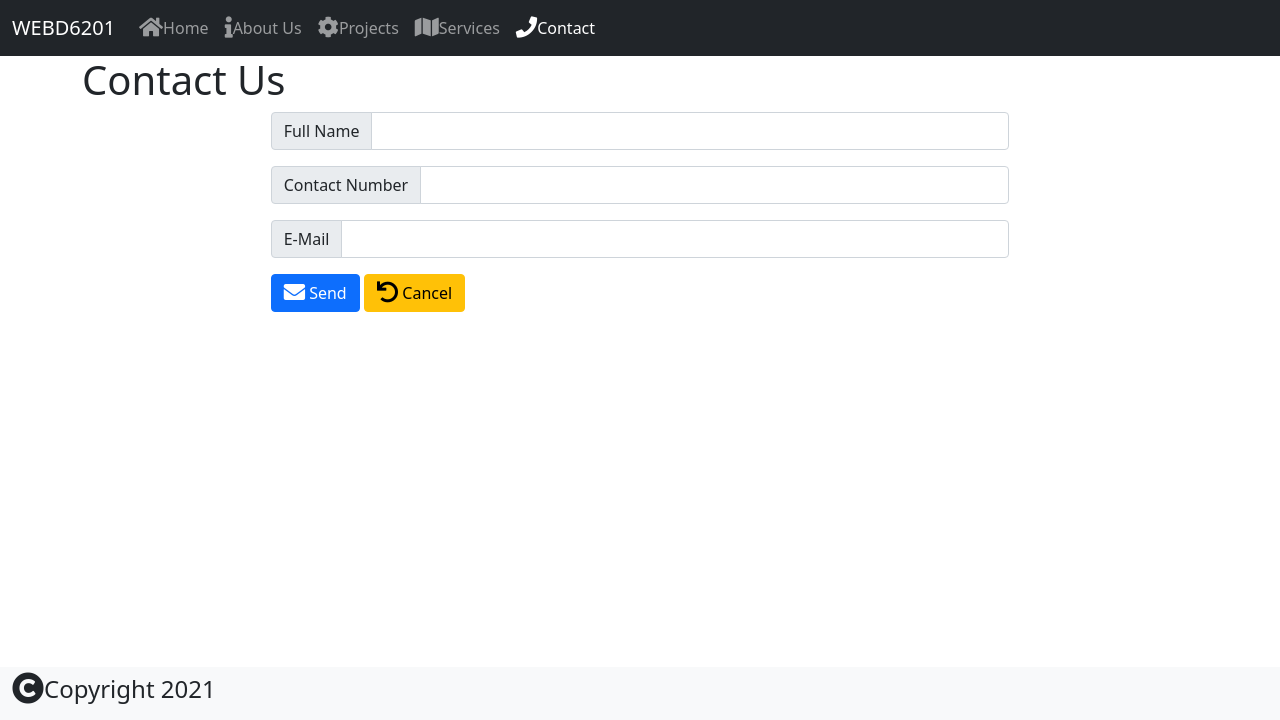
Repository: deividwsantoss/webd6201-W2021-ICE1
Page: contact.html
An editor plug-in stored every save of this project. The page is shown before and after the next save, followed by the edit.
The browser window is 1280 px wide. The pictures show the whole page.

Above is the page before, as saved 2021-02-02 13:33:02.

After the next save:
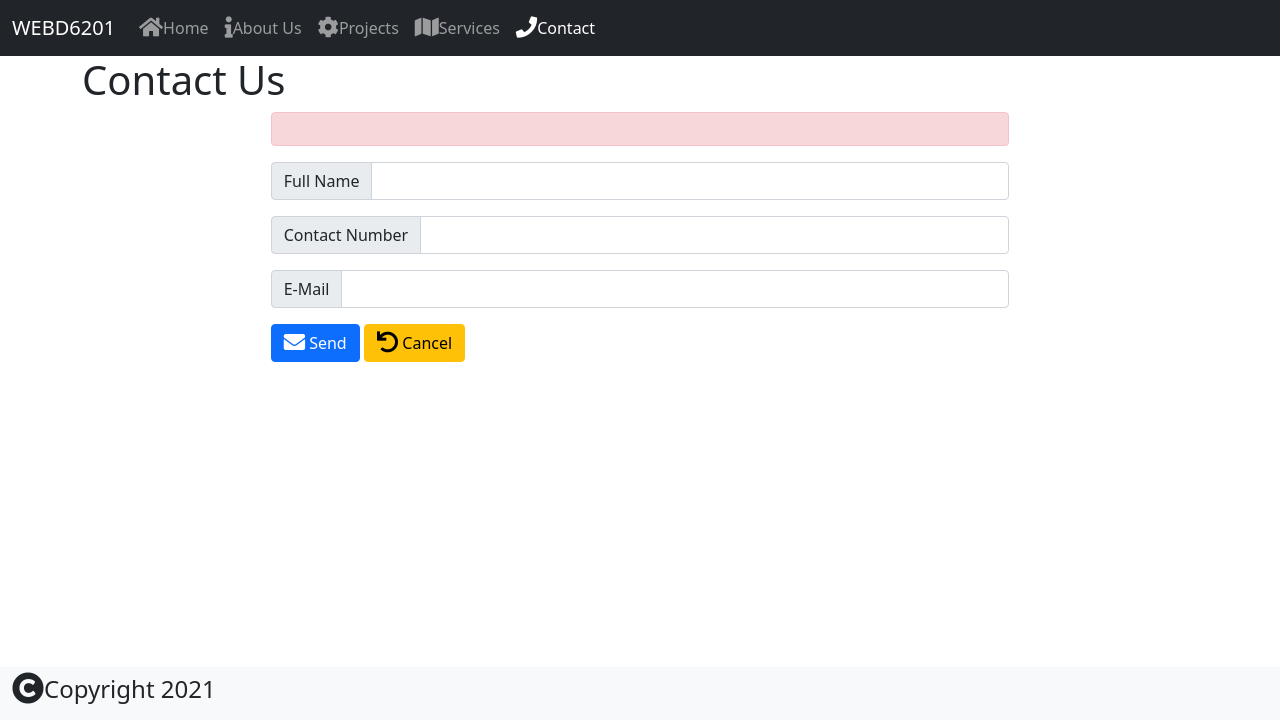
Saved 39 s later.
--- a/contact.html
+++ b/contact.html
@@ -54,7 +54,7 @@
 
         <div class="row justify-content-lg-center g-3" >
         <form class="col-lg-8 col-md-8 col-sm-10">
-
+          <div id="messageArea" class="alert alert-danger" role="alert"></div>
 
           <div class="input-group mb-3">
             <span class="input-group-text" id="inputGroup-sizing-default">Full Name</span>

After the save that followed:
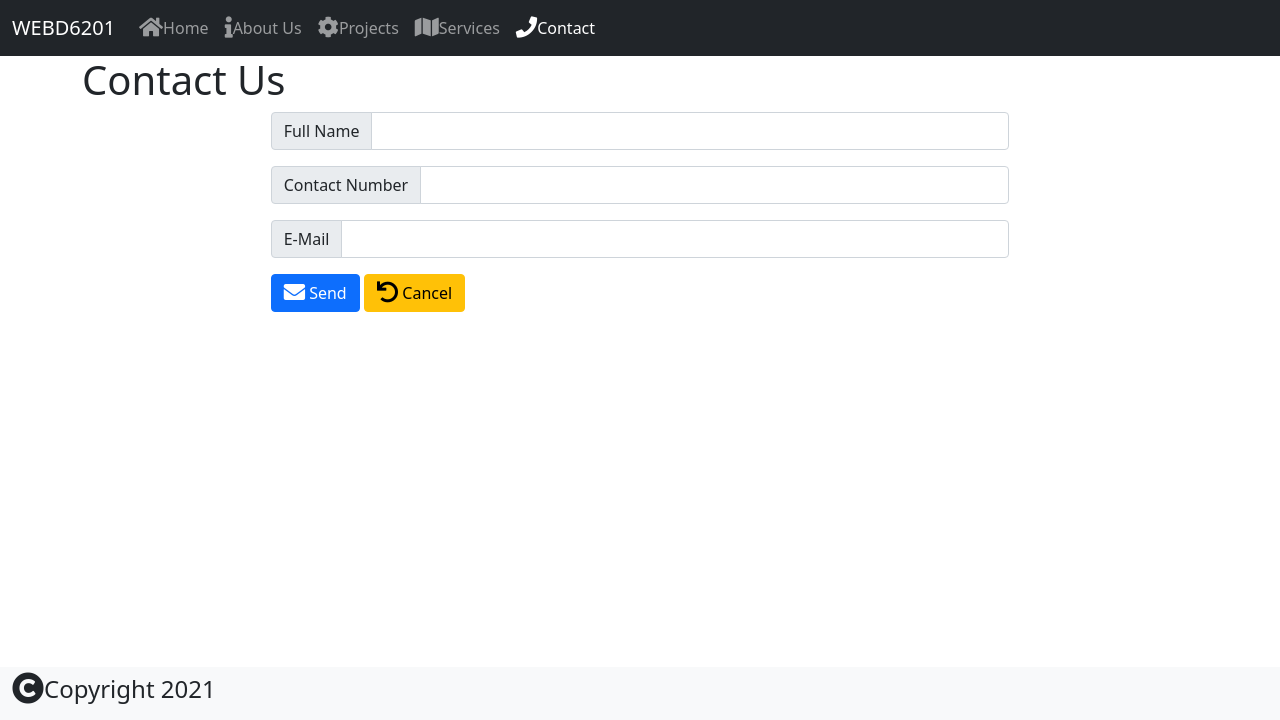
Saved 33 s later.
--- a/contact.html
+++ b/contact.html
@@ -47,7 +47,7 @@
     <!-- Main content-->
     <main class="container">
       <h1>Contact Us</h1>
-      <div id="messageArea" class="alert alert-danger" role="alert">
+
 
       </div>
 
